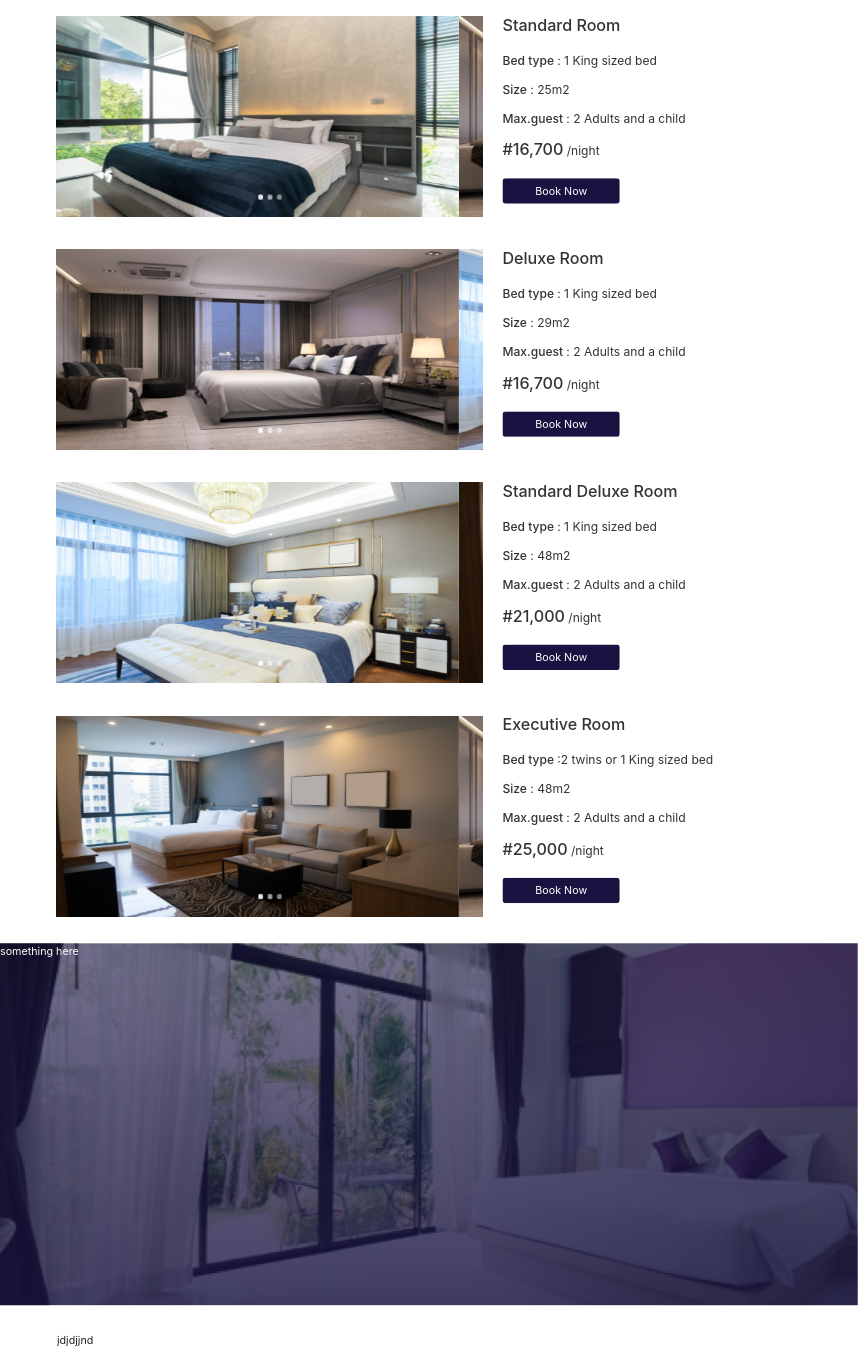
Repository: Syfon01/hotel-website
Page: room.html
These files come from the project's save history. The page is drawn as it stood at one moment and after a run of saves; the edit follows.
The browser window is 1280 px wide. The pictures show the whole page, at 67% of full size.

Above is the page before, as saved 2020-06-08 19:18:53.

### room.html
<!doctype html>
<html lang="en">
  <head>
    <title>Title</title>
    <!-- Required meta tags -->
    <meta charset="utf-8">
    <meta name="viewport" content="width=device-width, initial-scale=1, shrink-to-fit=no">

    <!-- Bootstrap CSS -->
    <link rel="stylesheet" href="https://stackpath.bootstrapcdn.com/bootstrap/4.3.1/css/bootstrap.min.css" integrity="sha384-ggOyR0iXCbMQv3Xipma34MD+dH/1fQ784/j6cY/iJTQUOhcWr7x9JvoRxT2MZw1T" crossorigin="anonymous">
    <link rel="stylesheet" href="room.css">
  </head>
  <body>
    <!-- carousel section -->
    <section id="carousel-section">
      <div class="container">
        <div class="row py-4">
          <div class="col-md-7 col-lg-7 col-12 col-sm-12">
            <div id="carouselExampleIndicators" class="carousel slide" data-ride="carousel">
              <ol class="carousel-indicators">
                <li data-target="#carouselExampleIndicators" data-slide-to="0" class="active"></li>
                <li data-target="#carouselExampleIndicators" data-slide-to="1"></li>
                <li data-target="#carouselExampleIndicators" data-slide-to="2"></li>
              </ol>
              <div class="carousel-inner">
                <div class="carousel-item active">
                  <img src="./img/hotel1.png" class="d-block w-100 img-carousel img-fluid" alt="...">
                </div>
                <div class="carousel-item">
                  <img src="./img/hotel2.png" class="d-block w-100 img-carousel img-fluid" alt="...">
                </div>
                <div class="carousel-item">
                  <img src="./img/hotel3.png" class="d-block w-100 img-carousel img-fluid" alt="...">
                </div>
              </div>

            </div>
          </div>
          <div class="col-md-5 col-lg-5 col-12 col-sm-12">
            <h4 class="text-purple mb-4">Standard Room</h4>
            <p class="text-purple"><span class="p-font-weight">Bed type </span>: 1 King sized bed</p>
            <p class="text-purple"><span class="p-font-weight">Size</span> : 25m2</p>
            <p class="text-purple"><span class="p-font-weight">Max.guest </span>: 2 Adults and a child</p>
            <p class="text-purple mb-4"><span class="p-font-weight p-20">#16,700</span> /night</p>
            <button class="btn btn-purple px-5">Book Now</button>
          </div>
        </div>

        <div class="row py-4">
          <div class="col-md-7 col-lg-7 col-12 col-sm-12">
            <div id="carouselExampleIndicators" class="carousel slide" data-ride="carousel">
              <ol class="carousel-indicators">
                <li data-target="#carouselExampleIndicators" data-slide-to="0" class="active"></li>
                <li data-target="#carouselExampleIndicators" data-slide-to="1"></li>
                <li data-target="#carouselExampleIndicators" data-slide-to="2"></li>
              </ol>
              <div class="carousel-inner">
                <div class="carousel-item active">
                  <img src="./img/hotel2.png" class="d-block w-100 img-carousel img-fluid" alt="...">
                </div>
                <div class="carousel-item">
                  <img src="./img/hotel3.png" class="d-block w-100 img-carousel img-fluid" alt="...">
                </div>
                <div class="carousel-item">
                  <img src="./img/hotel4.png" class="d-block w-100 img-carousel img-fluid" alt="...">
                </div>
              </div>

            </div>
          </div>
          <div class="col-md-5 col-lg-5 col-12 col-sm-12">
            <h4 class="text-purple mb-4">Deluxe Room</h4>
            <p class="text-purple"><span class="p-font-weight">Bed type </span>: 1 King sized bed</p>
            <p class="text-purple"><span class="p-font-weight">Size</span> : 29m2</p>
            <p class="text-purple"><span class="p-font-weight">Max.guest </span>: 2 Adults and a child</p>
            <p class="text-purple mb-4"><span class="p-font-weight p-20">#16,700</span> /night</p>
            <button class="btn btn-purple px-5">Book Now</button>
          </div>
        </div>

        <div class="row py-4">
          <div class="col-md-7 col-lg-7 col-12 col-sm-12">
            <div id="carouselExampleIndicators" class="carousel slide" data-ride="carousel">
              <ol class="carousel-indicators">
                <li data-target="#carouselExampleIndicators" data-slide-to="0" class="active"></li>
                <li data-target="#carouselExampleIndicators" data-slide-to="1"></li>
                <li data-target="#carouselExampleIndicators" data-slide-to="2"></li>
              </ol>
              <div class="carousel-inner">
                <div class="carousel-item active">
                  <img src="./img/hotel3.png" class="d-block w-100 img-carousel h-50 img-fluid" alt="...">
                </div>
                <div class="carousel-item">
                  <img src="./img/hotel4.png" class="d-block w-100 img-carousel img-fluid" alt="...">
                </div>
                <div class="carousel-item">
                  <img src="./img/hotel1.png" class="d-block w-100 img-carousel img-fluid" alt="...">
                </div>
              </div>

            </div>
          </div>
          <div class="col-md-5 col-lg-5 col-12 col-sm-12">
            <h4 class="text-purple mb-4">Standard Deluxe Room</h4>
            <p class="text-purple"><span class="p-font-weight">Bed type </span>: 1 King sized bed</p>
            <p class="text-purple"><span class="p-font-weight">Size</span> : 48m2</p>
            <p class="text-purple"><span class="p-font-weight">Max.guest </span>: 2 Adults and a child</p>
            <p class="text-purple mb-4"><span class="p-font-weight p-20">#21,000</span> /night</p>
            <button class="btn btn-purple px-5">Book Now</button>
          </div>
        </div>

        <div class="row py-4">
          <div class="col-md-7 col-lg-7 col-12 col-sm-12">
            <div id="carouselExampleIndicators" class="carousel slide" data-ride="carousel">
              <ol class="carousel-indicators">
                <li data-target="#carouselExampleIndicators" data-slide-to="0" class="active"></li>
                <li data-target="#carouselExampleIndicators" data-slide-to="1"></li>
                <li data-target="#carouselExampleIndicators" data-slide-to="2"></li>
              </ol>
              <div class="carousel-inner">
                <div class="carousel-item active">
                  <img src="./img/hotel4.png" class="d-block w-100 img-carousel h-50 img-fluid" alt="...">
                </div>
                <div class="carousel-item">
                  <img src="./img/hotel2.png" class="d-block w-100 img-carousel img-fluid" alt="...">
                </div>
                <div class="carousel-item">
                  <img src="./img/hotel1.png" class="d-block w-100 img-carousel img-fluid" alt="...">
                </div>
              </div>

            </div>
          </div>
          <div class="col-md-5 col-lg-5 col-12 col-sm-12">
            <h4 class="text-purple mb-4">Executive Room</h4>
            <p class="text-purple"><span class="p-font-weight">Bed type </span>:2 twins or 1 King sized bed</p>
            <p class="text-purple"><span class="p-font-weight">Size</span> : 48m2</p>
            <p class="text-purple"><span class="p-font-weight">Max.guest </span>: 2 Adults and a child</p>
            <p class="text-purple mb-4"><span class="p-font-weight p-20">#25,000</span> /night</p>
            <button class="btn btn-purple px-5">Book Now</button>
          </div>
        </div>
      </div>
    </section>

    <!-- explore section  -->
    <div class="explore py-3">
      <div class='hero'>something here</div>
</div>

<div class="container my-4">
  jdjdjjnd
</div>

    <!-- Optional JavaScript -->
    <!-- jQuery first, then Popper.js, then Bootstrap JS -->
    <script src="https://code.jquery.com/jquery-3.3.1.slim.min.js" integrity="sha384-q8i/X+965DzO0rT7abK41JStQIAqVgRVzpbzo5smXKp4YfRvH+8abtTE1Pi6jizo" crossorigin="anonymous"></script>
    <script src="https://cdnjs.cloudflare.com/ajax/libs/popper.js/1.14.7/umd/popper.min.js" integrity="sha384-UO2eT0CpHqdSJQ6hJty5KVphtPhzWj9WO1clHTMGa3JDZwrnQq4sF86dIHNDz0W1" crossorigin="anonymous"></script>
    <script src="https://stackpath.bootstrapcdn.com/bootstrap/4.3.1/js/bootstrap.min.js" integrity="sha384-JjSmVgyd0p3pXB1rRibZUAYoIIy6OrQ6VrjIEaFf/nJGzIxFDsf4x0xIM+B07jRM" crossorigin="anonymous"></script>
  </body>
</html>

### room.css
.text-purple{
 color: #333333
}
.p-font-weight{
  font-weight: 500;
}
.p-20{
  font-size: 24px;
}
p{
  font-size: 18px;;
}
.btn-purple{
  background-color: #191341;
  color: #fff;
  border-radius: 5px;
}
.img-carousel{
  height: 300px!important;
}
.carousel-indicators li{
  border-radius: 100%;
  width: 8px;
  height: 8px;
}

.hero{
   background-image: linear-gradient(to bottom, rgba(25, 19, 65, 0.6), rgba(25, 19, 65, 0.8)),
   url('/img/explore.png');
   width: 100%;
   height: 75vh;
   background-size: cover;
   color: white;
  ;
}

After the next 3 saves:
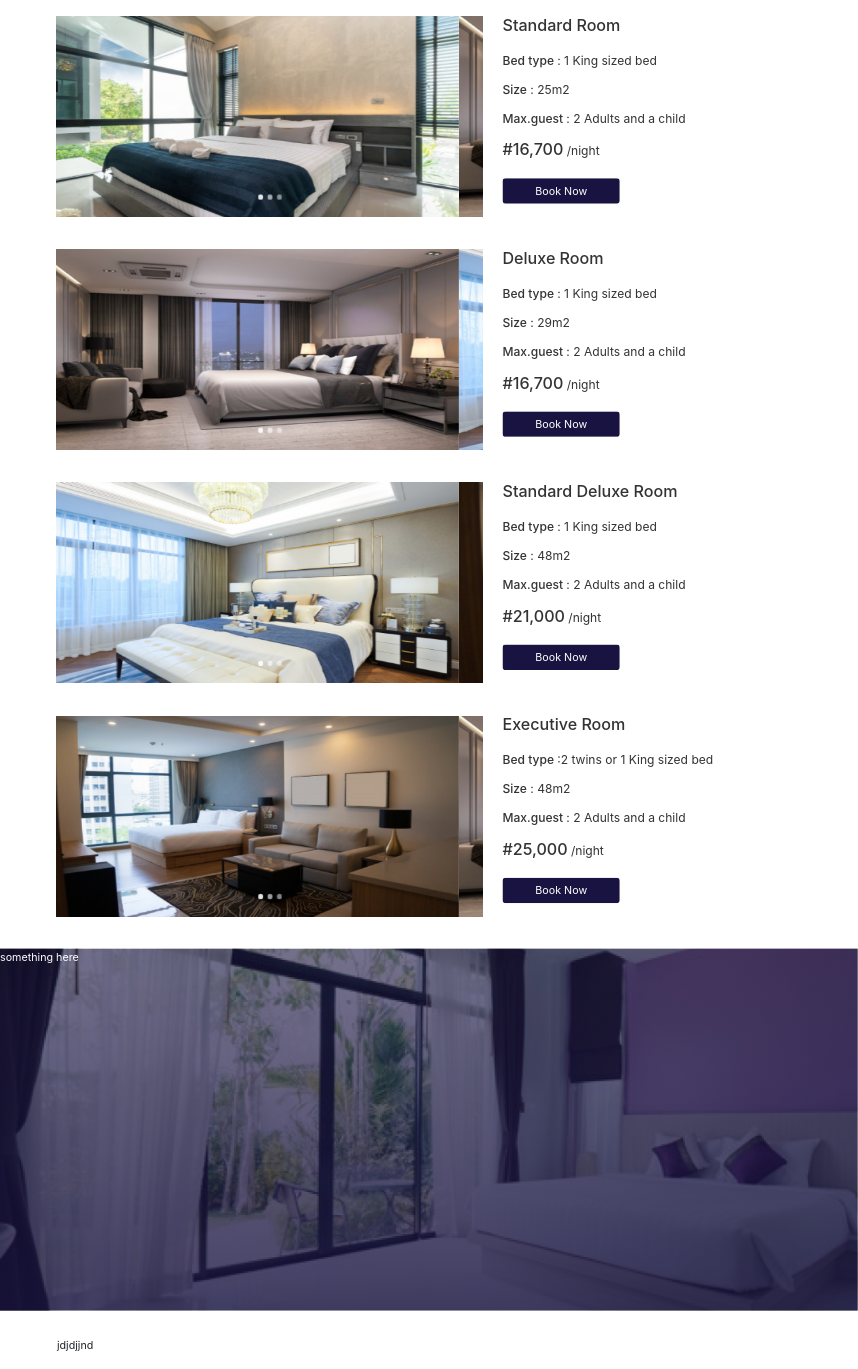
The 3 saves are shown as one change because they came seconds apart.
The last was saved 28 s later.
--- a/room.html
+++ b/room.html
@@ -146,7 +146,8 @@
 
     <!-- explore section  -->
     <div class="explore py-3">
-      <div class='hero'>something here</div>
+      <div class='hero'>
+        <h1></h1>something here</div>
 </div>
 
 <div class="container my-4">
